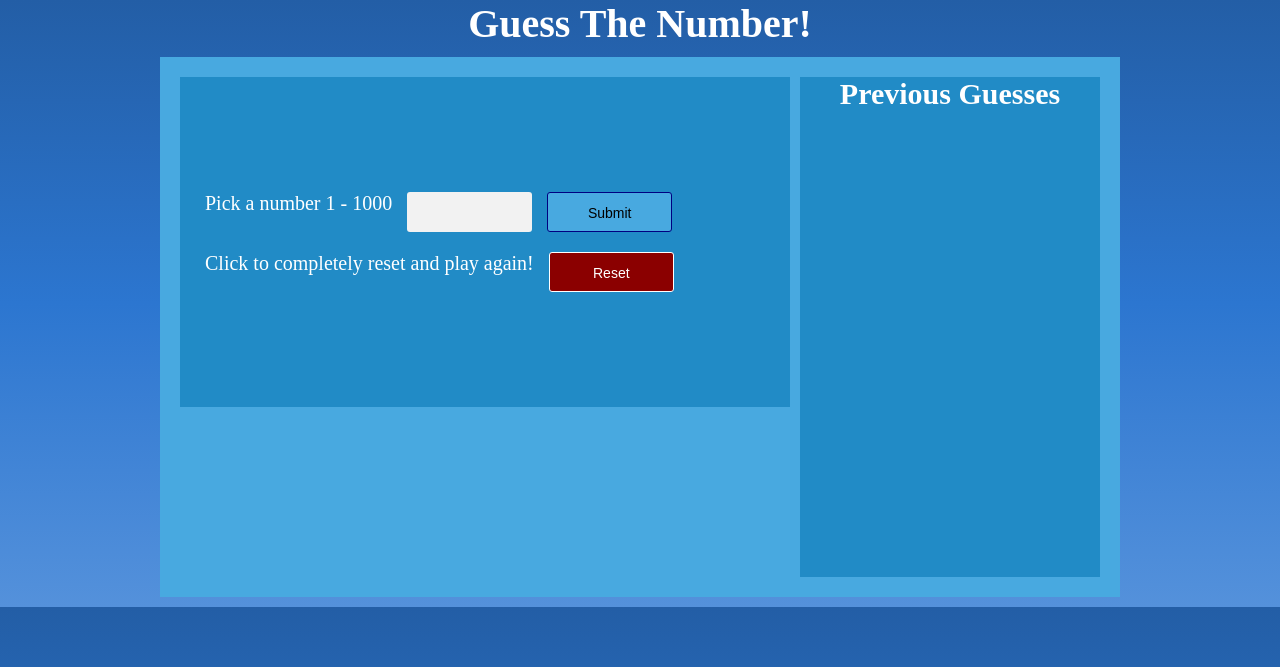
Repository: mlmEFSC21/P15-Modified-Guessing-Game
Page: guess.html
An editor plug-in stored every save of this project. The page is shown before and after the next save, followed by the edit.
The browser window is 1280 px wide. The pictures show the whole page.

Above is the page before, as saved 2022-03-21 21:34:23.

### guess.html
<!DOCTYPE html>
<html lang="en">
    <head>
        <meta charset="UTF-8" />
        <meta http-equiv="X-UA-Compatible" content="IE=edge" />
        <meta name="viewport" content="width=device-width, initial-scale=1.0" />
        <link rel="stylesheet" href="guess.css" />
        <script src="guess.js" defer></script>
        <title>Guessing Game</title>
    </head>
    <body>
        <header>
            <h1 class="pageTitle">Guess The Number!</h1>
        </header>
        <section>
            <div class="gameContainer" id="container">
                <div class="results" id="results">
                    <form action="" class="inputForm">
                        <label for="guessInput">Pick a number 1 - 1000</label>
                        <input
                            type="text"
                            required
                            name="guessInput"
                            class="guessInput"
                            id="guessInput"
                        />
                        <input type="button" class="submitBtn" id="submitBtn" value="Submit" />
                        <label for="resetBtn">Click to completely reset and play again!</label>
                        <button type="reset" class="resetBtn" id="resetBtn" name="Reset">
                            Reset
                        </button>
                    </form>
                </div>
                <div class="guessesContainer" id="guessesContainer">
                    <h2>Previous Guesses</h2>
                    <ul class="guesses" id="guessList"></ul>
                </div>
            </div>
        </section>
    </body>
</html>

### guess.css
:root {
    --clr-primary: #218bc6;
    --clr-secondary: #48a9e0;
    --clr-tertiary: #235ea6;
}

*,
*::after,
*::before {
    box-sizing: border-box;
    margin: 0;
    padding: 0;
}
body {
    background-image: linear-gradient(var(--clr-tertiary), #2c76d0, #5491db);
    height: 100%;
    color: white;
    font-size: 20px;
}
.pageTitle {
    text-align: center;
}
.gameContainer {
    background-color: var(--clr-secondary);
    display: grid;
    max-width: 960px;
    height: 75vh;
    margin: 10px auto;
    padding: 20px;
    grid-template-columns: repeat(3, 1fr);
    grid-template-rows: repeat(3, 1fr);
    gap: 10px;
    align-items: center;
    justify-content: center;
}
.results {
    background-color: var(--clr-primary);
    display: flex;
    flex-direction: column-reverse;
    margin: 10px auto;
    padding: 0 25px;
    grid-column: 1 / 3;
    grid-row: 1 / 3;
    height: 100%;
    justify-content: center;
    align-items: center;
    text-align: center;
    overflow: hidden;
}
input,
button {
    margin-block: 10px;
}
.inputForm {
    display: flex;
    flex-wrap: wrap;
}
label {
    margin-right: 15px;
    margin-block: 10px;
}
input {
    border: none;
    -webkit-appearance: none;
    -ms-appearance: none;
    -moz-appearance: none;
    appearance: none;
    background: #f2f2f2;
    padding: 12px;
    border-radius: 3px;
    width: 125px;
    height: 40px;
    outline: none;
    font-size: 14px;
}
button {
    border: solid 1px white;
    margin-bottom: 10px;
    padding: 12px;
    border-radius: 3px;
    width: 125px;
    height: 40px;
    outline: none;
    font-size: 14px;
}
.submitBtn {
    background: var(--clr-secondary);
    border: solid 0.5px navy;
    margin-left: 15px;
}
.submitBtn:hover {
    background: #44b3db;
}
.resetBtn {
    background: darkred;
    color: white;
}
.resetBtn:hover {
    background: red;
}
.guessesContainer {
    background-color: var(--clr-primary);
    display: flex;
    flex-direction: column;
    flex-grow: 2;
    height: 100%;
    grid-row: 1 / 4;
    align-items: center;
    overflow: hidden;
}
/* the h3 that is appended by the js. It was hugging the container too much. */
h3 {
    margin: 10px;
    text-align: center;
}
.hint {
    font-style: italic;
    text-decoration: underline;
}

### guess.js
let randomNumber = Math.floor(Math.random() * 1000 + 1);
let guesses = [];

const guessInput = document.getElementById("guessInput");
const resultsDiv = document.getElementById("results");
const submitButton = document.getElementById("submitBtn");
const resetButton = document.getElementById("resetBtn");
const p = document.createElement("p");
const ul = document.getElementById("guessList");
const li = document.createElement("li");
const guessesContainer = document.getElementById("guessesContainer");
const winningMessage = document.createElement("h3");
const hint = document.createElement("h3");

//checks to see if the guess is higher, lower, or equal to
function checkGuess() {
    const currentGuess = Number(guessInput.value);
    if (currentGuess == randomNumber) {
        guesses.push(currentGuess);
        p.innerText = "Congratulations! You guessed the number!";
        resultsDiv.append(p);
        countGuesses();
    }
    if (currentGuess < randomNumber) {
        guesses.push(currentGuess);
        p.innerText = "Too low. Try again!";
        resultsDiv.append(p);
        trackGuesses();
    }
    if (currentGuess > randomNumber) {
        guesses.push(currentGuess);
        p.innerText = "Too high. Try again!";
        resultsDiv.append(p);
        trackGuesses();
    }
}
//tracks previous guess in a <ul>. Removes <li> and populates from guesses[] each time.
function trackGuesses() {
    while (ul.hasChildNodes()) {
        ul.removeChild(ul.firstChild);
    }
    for (i = 0; i <= guesses.length - 1; i++) {
        let li = document.createElement("li");
        li.innerText = guesses[i];
        ul.appendChild(li);
    }
}

//counts how many guesses. Uses array length.
function countGuesses() {
    let numOfGuesses = guesses.length;
    if (numOfGuesses < 10) {
        winningMessage.innerText = `${numOfGuesses} guesses?! Either you know the secret or you got lucky!`;
        guessesContainer.append(winningMessage);
    } else if (numOfGuesses == 10) {
        winningMessage.innerText = `${numOfGuesses} guesses. Ahah! You know the secret!`;
        guessesContainer.append(winningMessage);
    } else if (numOfGuesses > 10) {
        winningMessage.innerText = `Yikes! ${numOfGuesses} guesses... You should be able to do better!`;
        hint.innerHTML = '*Hint* Knowing the trick is <span class="hint">half</span> the battle.';
        guessesContainer.append(winningMessage);
        guessesContainer.append(hint);
    }
}
// creates a new random number for replay
function newRNG() {
    randomNumber = Math.floor(Math.random() * 10 + 1);
}
//resets the game completely.
function resetGame() {
    p.innerText = "";
    resultsDiv.append(p);
    while (ul.hasChildNodes()) {
        ul.removeChild(ul.firstChild);
    }
    winningMessage.remove();
    guesses = [];
    newRNG();
    //logging random number for debugging.
    console.log(randomNumber);
}

submitButton.addEventListener("click", checkGuess);
resetButton.addEventListener("click", resetGame);
//logging random number for debugging.
console.log(randomNumber);

After the next save:
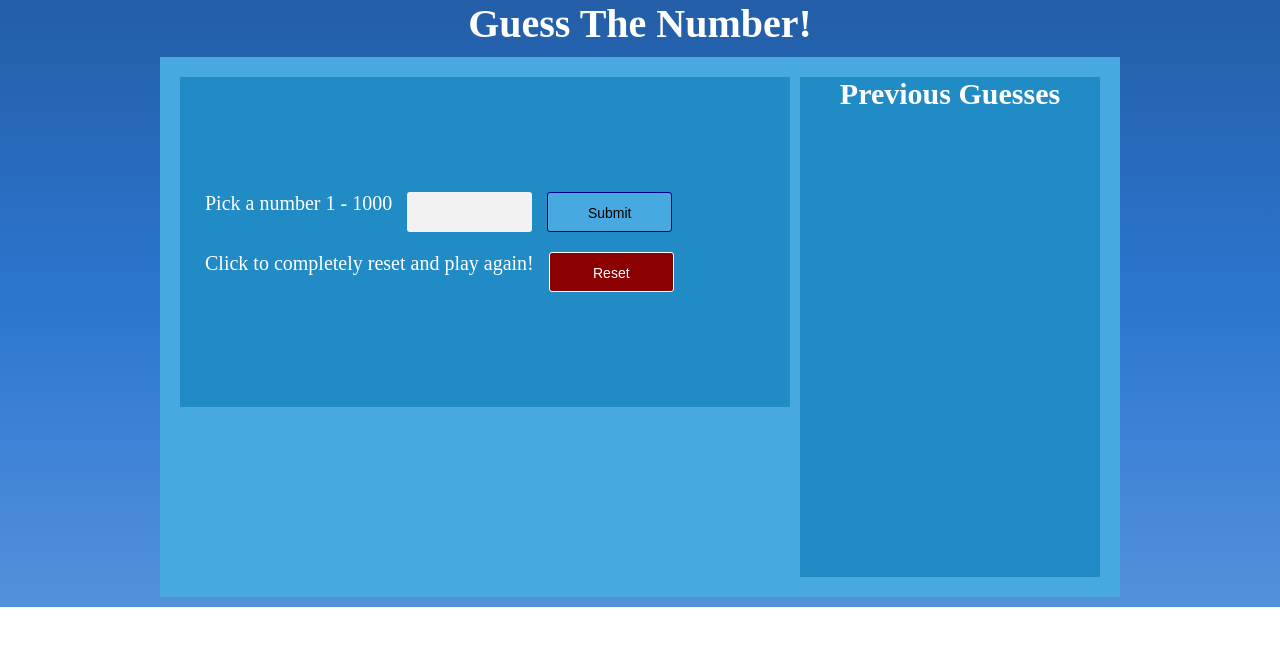
Saved 71 s later.
--- a/guess.css
+++ b/guess.css
@@ -13,7 +13,8 @@
 }
 body {
     background-image: linear-gradient(var(--clr-tertiary), #2c76d0, #5491db);
-    height: 100%;
+    background-repeat: no-repeat;
+    background-size: cover;
     color: white;
     font-size: 20px;
 }
